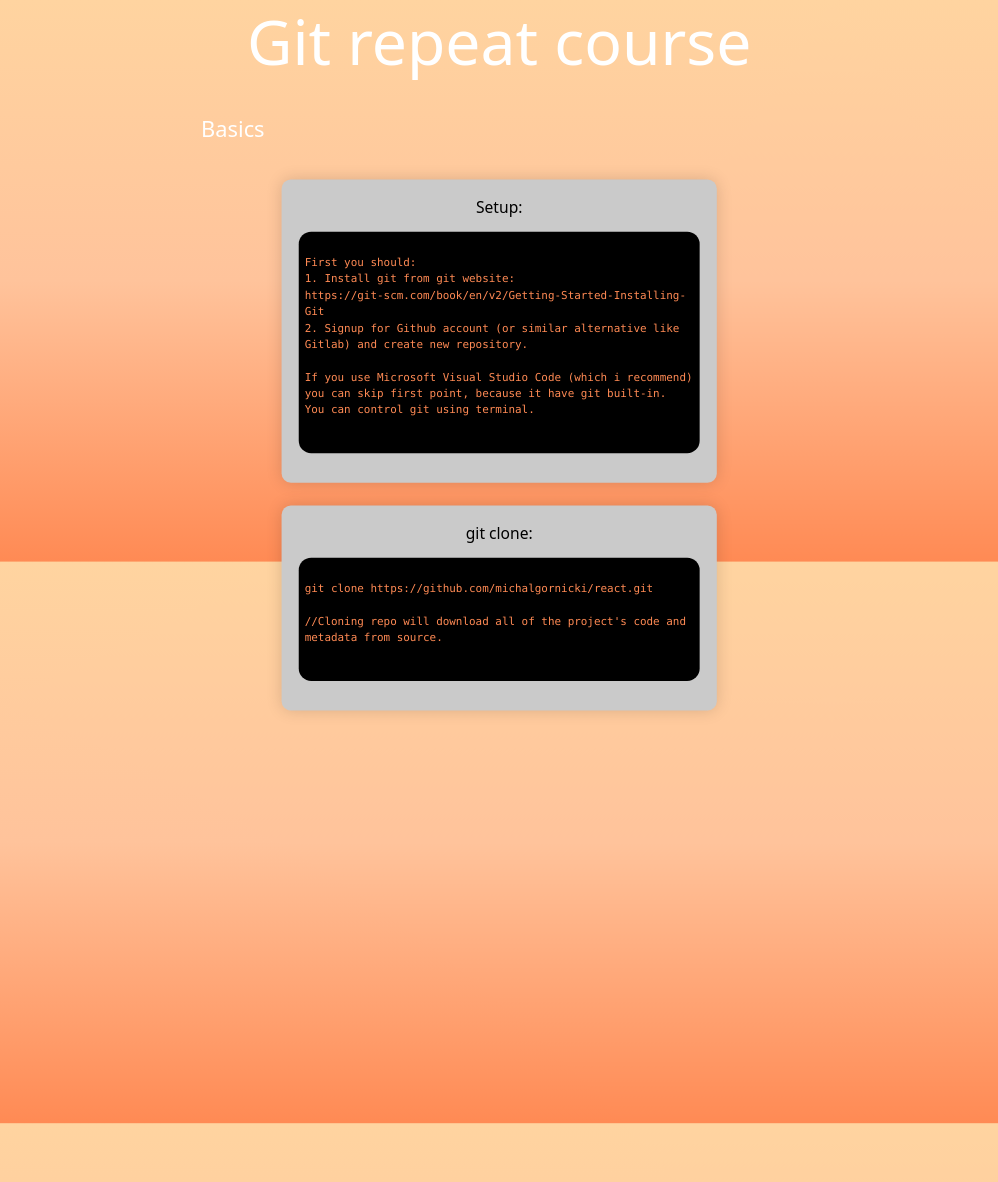
Repository: michalgornicki/git
Page: /
These files come from the project's save history. The page is drawn as it stood at one moment and after the next save; the edit follows.
The browser window is 1280 px wide. The pictures show the whole page, at 78% of full size.
Backgrounds fixed to the window are drawn as part of the page. The project was rebuilt for these pictures with package versions that can differ from the ones it lists, and the page was loaded fresh each time. Imported but missing from the stored project, and not drawn on this page: src/components/DOM manipulation.jsx, src/components/async.jsx, src/components/loops.jsx, src/components/numbers.jsx, src/components/variables.jsx, src/components/window.jsx.

Above is the page before, as saved 2022-02-10 07:57:22.

### src/App.jsx
import React from "react";
import "./App.css";
import "bootstrap/dist/css/bootstrap.min.css";
import { Route, HashRouter as Router, Routes, Link } from "react-router-dom";
import Arrays from "./components/arrays.jsx"
import Variables from "./components/variables.jsx"
import Numbers from "./components/numbers.jsx"
import Loops from "./components/loops.jsx"
import Async from "./components/async.jsx"
import DOM from "./components/DOM manipulation.jsx"
import Window from "./components/window.jsx"

function App() {


  return (


    <Router>
    <div className="text-center">
      <div className="display-1 mt-1 mb-5 text-white">Git repeat course</div>

      <div className="h3 d-flex w-75 m-auto my-5 justify-content-evenly flex-wrap text-white">

      <Link className="link-style mx-3" to="/">Basics</Link>
      <Link className="link-style mx-3" to="/Numbers"></Link>
      <Link className="link-style mx-3" to="/Variables"></Link>
      <Link className="link-style mx-3" to="/Loops"></Link>
      <Link className="link-style mx-3" to="/Async"></Link>
      <Link className="link-style mx-3" to="/DOM"></Link>
      <Link className="link-style mx-3" to="/Window"></Link>


      </div>

      <Routes>
          <Route path="/" element={<Arrays />} />
          <Route path="/Numbers" element={<Numbers />} />
          <Route path="/Variables" element={<Variables />} />
          <Route path="/Loops" element={<Loops />} />
          <Route path="/Async" element={<Async />} />
          <Route path="/DOM" element={<DOM />} />
          <Route path="/Window" element={<Window />} />
        </Routes>


    </div>
    </Router>
  );
}

export default App;

### src/App.css
@import url('https://fonts.googleapis.com/css2?family=Catamaran:wght@400&display=swap');

body{
    font-family: 'Catamaran', sans-serif;
    overflow-x: hidden;
    padding-bottom: 80vh;
    height: auto;
    background: linear-gradient(rgb(255, 212, 160), rgb(255, 195, 155), rgb(255, 138, 84));
    background-attachment: fixed;
}

.js-item{
    color:rgb(0, 0, 0);
    font-size: 1.25rem;
    background-color: rgb(202, 202, 202);
    transition: 0.2s;
    padding: 3vh;
    margin-bottom: 4vh!important;
    width: 50%;
    margin-left: auto;
    margin-right: auto;
    box-shadow: 0px 0px 20px rgba(0, 0, 0, 0.15);
    border-radius: 0.75rem;
}

.js-item:hover{
    cursor: pointer;
    background-color: rgb(240, 240, 240);
}

.text-pink{
    padding: 0.5rem;
    margin-top: 1rem;
    margin-bottom: 1rem;
    color:rgb(255, 138, 84)!important;
    font-size: 1rem;
    border-radius: 1rem;
    text-align: left;
    background-color: black;
}

pre {
    white-space: pre-wrap;       /* css-3 */
    white-space: -moz-pre-wrap;  /* Mozilla, since 1999 */
    white-space: -pre-wrap;      /* Opera 4-6 */
    white-space: -o-pre-wrap;    /* Opera 7 */
    word-wrap: break-word;       /* Internet Explorer 5.5+ */
   }

.link-style{
    color: inherit;
    text-decoration: inherit;
}

.link-style:hover{
    color: rgb(255, 138, 84);
}

@media only screen and (max-device-width: 600px), (max-width: 600px) {

    .js-item{
        width: 95%;
    }

}

### src/components/arrays.jsx
const Arrays = () => {

  return (
    <div className="container">
      <div className="js-item">
        {" "}
        <div className="">Setup: </div>
        <div className="text-pink">
          <pre>{`
First you should:
1. Install git from git website:
https://git-scm.com/book/en/v2/Getting-Started-Installing-Git
2. Signup for Github account (or similar alternative like Gitlab) and create new repository.

If you use Microsoft Visual Studio Code (which i recommend) you can skip first point, because it have git built-in.
You can control git using terminal.
          `}</pre>
          </div>
      </div>
      <div className="js-item">
        {" "}
        <div className="">git clone: </div>
        <div className="text-pink">
          <pre>{`
git clone https://github.com/michalgornicki/react.git

//Cloning repo will download all of the project's code and metadata from source.
          `}</pre>
          </div>
      </div>

      </div>
  );
};

export default Arrays;

Loaded but not shown: public/index.html (common file); src/index.js (common file); src/index.css (common file); src/reportWebVitals.js (common file)

After the next save:
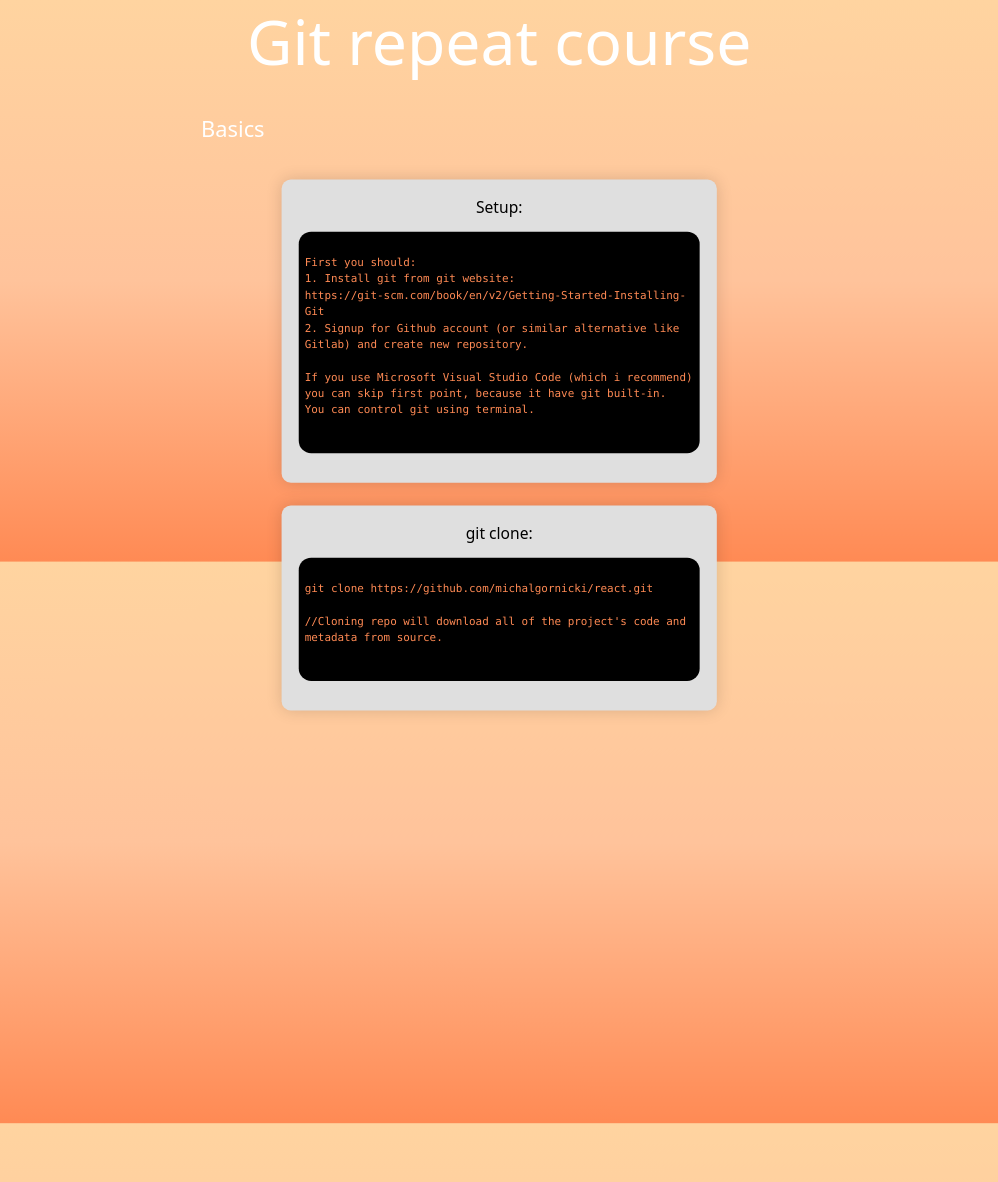
Saved 9 s later.
--- a/src/App.css
+++ b/src/App.css
@@ -12,7 +12,7 @@ body{
 .js-item{
     color:rgb(0, 0, 0);
     font-size: 1.25rem;
-    background-color: rgb(202, 202, 202);
+    background-color: rgb(223, 223, 223);
     transition: 0.2s;
     padding: 3vh;
     margin-bottom: 4vh!important;
